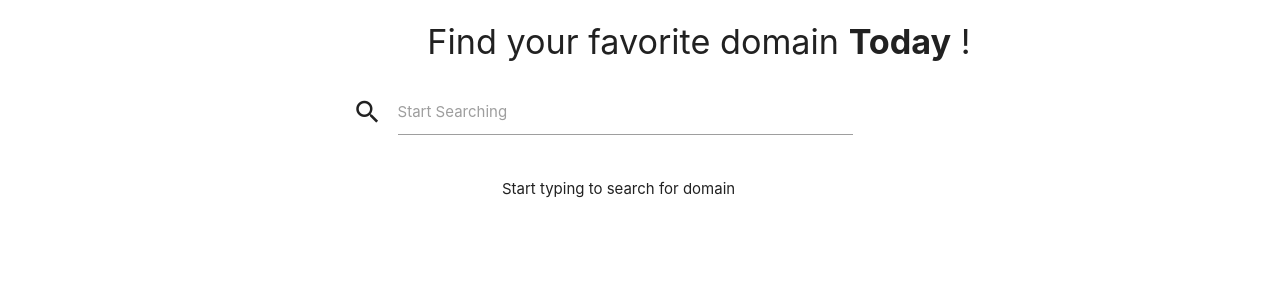
Repository: habib-urrehmaan/domain-name-searcher
Page: / (app in client/)
The author's editor kept a copy of each file at every save. The page is drawn from the files as they stood at one save, then again after the next save.
The browser window is 1280 px wide. The pictures show the whole page.
The project was rebuilt for these pictures with package versions that can differ from the ones it lists, and the page was loaded fresh each time. Also part of the build but not shown: client/src/Suggested.js.

Above is the page before, as saved 2020-04-17 21:48:38.

### client/public/index.html
<!DOCTYPE html>
<html lang="en">
  <head>
    <meta charset="utf-8" />
    <link rel="icon" href="%PUBLIC_URL%/favicon.ico" />
    <meta name="viewport" content="width=device-width, initial-scale=1" />
    <meta name="theme-color" content="#000000" />
    <meta
      name="description"
      content="Web site created using create-react-app"
    />
    <link rel="apple-touch-icon" href="%PUBLIC_URL%/logo192.png" />
    <!--
      manifest.json provides metadata used when your web app is installed on a
      user's mobile device or desktop. See https://developers.google.com/web/fundamentals/web-app-manifest/
    -->
    <link rel="manifest" href="%PUBLIC_URL%/manifest.json" />
    <!--
      Notice the use of %PUBLIC_URL% in the tags above.
      It will be replaced with the URL of the `public` folder during the build.
      Only files inside the `public` folder can be referenced from the HTML.

      Unlike "/favicon.ico" or "favicon.ico", "%PUBLIC_URL%/favicon.ico" will
      work correctly both with client-side routing and a non-root public URL.
      Learn how to configure a non-root public URL by running `npm run build`.
    -->
    <link rel="stylesheet" href="https://cdnjs.cloudflare.com/ajax/libs/materialize/1.0.0/css/materialize.min.css">
    <link href="https://fonts.googleapis.com/icon?family=Material+Icons" rel="stylesheet">
     <!-- Compiled and minified JavaScript -->
     <script src="https://cdnjs.cloudflare.com/ajax/libs/materialize/1.0.0/js/materialize.min.js"></script>
    <title>React App</title>
  </head>
  <body>
    <noscript>You need to enable JavaScript to run this app.</noscript>
    <div id="root"></div>
    <!--
      This HTML file is a template.
      If you open it directly in the browser, you will see an empty page.

      You can add webfonts, meta tags, or analytics to this file.
      The build step will place the bundled scripts into the <body> tag.

      To begin the development, run `npm start` or `yarn start`.
      To create a production bundle, use `npm run build` or `yarn build`.
    -->
  </body>
</html>

### client/src/index.js
import React from 'react';
import ReactDOM from 'react-dom';
import './index.css';
import App from './App';

ReactDOM.render(
  <React.StrictMode>
    <App />
  </React.StrictMode>,
  document.getElementById('root')
);

// If you want your app to work offline and load faster, you can change
// unregister() to register() below. Note this comes with some pitfalls.
// Learn more about service workers: https://bit.ly/CRA-PWA
// serviceWorker.unregister();

### client/src/App.js
import React from 'react';
import Search from './Search';
import Output from './Output';

class App extends React.Component {

  constructor(props)
  {
    super(props);
    this.state ={
      output:null
    }
  }


  setAppOutput = (outputData) =>
  {
    console.log("setting output value")

    this.setState({
      output:outputData
    })
  }

  render()
  {
    return (
      <>
      <div className="App container">
        <Search setOutput={this.setAppOutput}/>
        <Output data={this.state.output}/>
      </div>
      </>
    );
  }
}

export default App;

### client/src/Search.js
import React, { Component } from 'react'
import axios from 'axios'

class Search extends Component {

    constructor(props)
    {
        super(props);
        console.log(props)
    }

    onChangeHandler = (e) =>
    {
        axios({
            'method': 'GET',
            'url': `/domain/search?domain=${e.target.value}`,
            'ContentType':'application/json'
        }).then((response)=>{

            var obj = JSON.parse(response.data.data);
            this.props.setOutput(obj);
        }).catch(error=>{
            console.log(error);
        });
    }

    render() {
        return (
            <div>
                <div className="row">
                    <div className="col offset-s3">
                        <h4>Find your favorite domain <b>Today</b> !</h4>
                    </div>
                    <div className="input-field col s7 offset-s2">
                        <i className="material-icons prefix">search</i>
                        <input id="search" type="text" className="validate" onChange={this.onChangeHandler}/>
                        <label htmlFor="search">Start Searching</label>
                    </div>
                </div>
            </div>
        )
    }
}

export default Search;

### client/src/Output.js
import React from 'react'
import Suggested from './Suggested';

export default function Output(props) {

    let {data} = props;

    return (
        <div className="row">
        {(data)?(<div className="col offset-s4">{
            (data.available)?(<div><span>Congratulations! This domain is available</span><br/><span className="col offset-s4"><b>For:</b>{" "+data.currency+" "+data.price}</span></div>):
            (data.code)?(<div>{data.message}</div>):(<div><Suggested domain={data.domain}/></div>)}</div>)
            :(<div className="col offset-s4">Start typing to search for domain</div>)}
        </div>
    )
}

Loaded but not shown: client/src/index.css (common file)

After the next save:
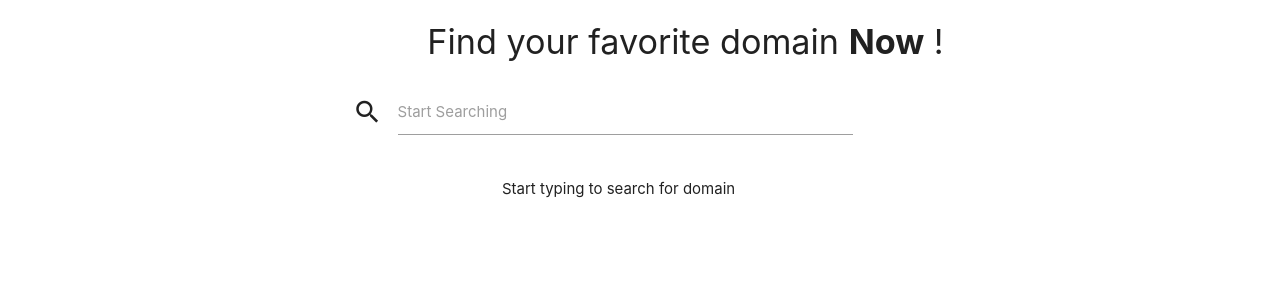
Saved 15 s later.
--- a/client/src/Search.js
+++ b/client/src/Search.js
@@ -29,7 +29,7 @@ class Search extends Component {
             <div>
                 <div className="row">
                     <div className="col offset-s3">
-                        <h4>Find your favorite domain <b>Today</b> !</h4>
+                        <h4>Find your favorite domain <b>Now</b> !</h4>
                     </div>
                     <div className="input-field col s7 offset-s2">
                         <i className="material-icons prefix">search</i>
